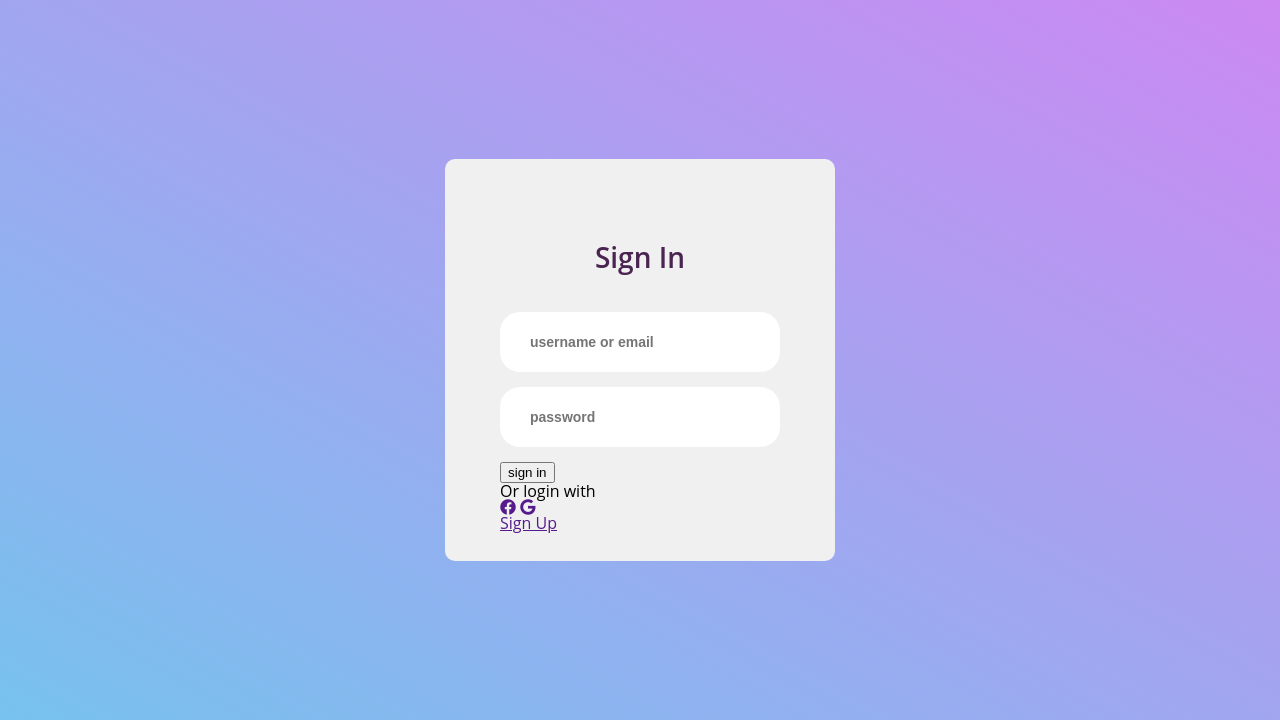
Repository: letrongtinh27/LapTrinhWeb
Page: signin/index.html
These files come from the project's save history. The page is drawn as it stood at one moment and after the next save; the edit follows.
The browser window is 1280 px wide. The pictures show the whole page.

Above is the page before, as saved 2022-10-09 20:59:24.

After the next save:
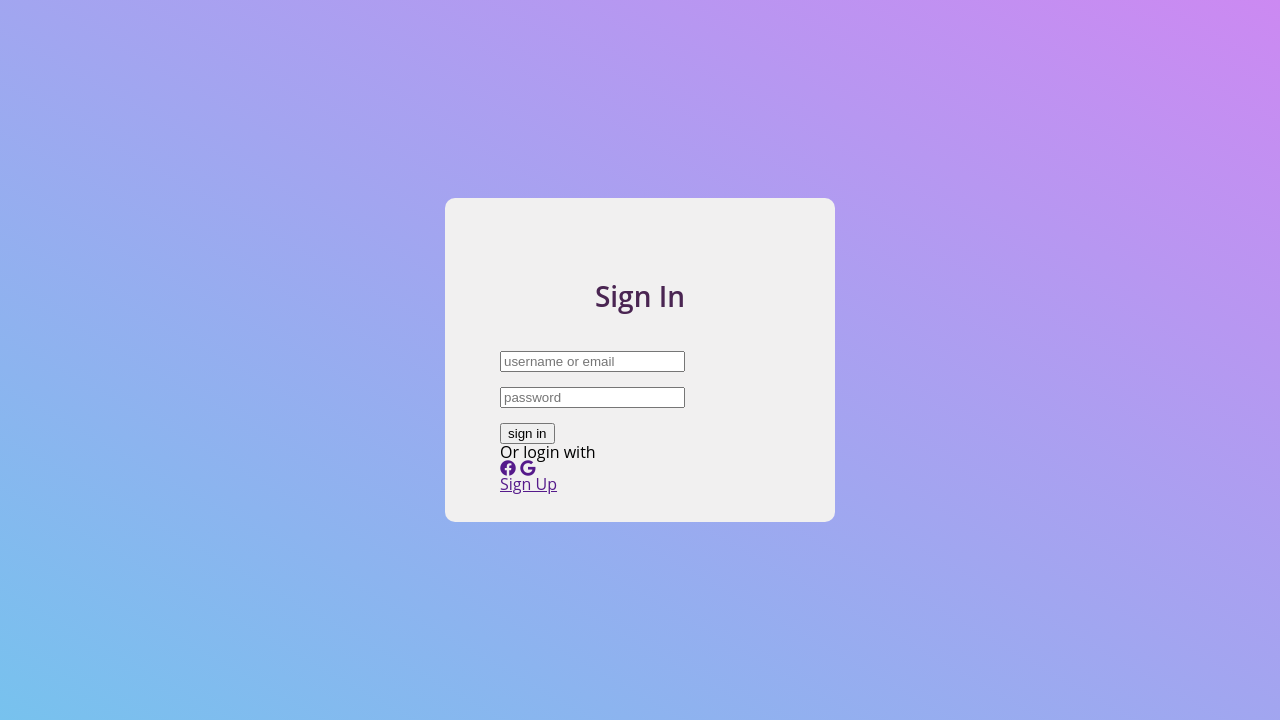
Saved 9 s later.
--- a/signin/style.css
+++ b/signin/style.css
@@ -36,20 +36,19 @@ body {
     padding-bottom: 15px;
 }
 
-.form-item > input{
+.form-item > item{
     border-radius: 20px;
     background-color: #ffffff;
     padding: 0 30px;
     border: 0;
+    color: #4a2552;
     font-weight: 700;
     font-size: 14px;
     height: 60px;
     width: 280px;
 }
 
-input[placeholder] {
-    color: #4a2552;
-}
+
 
 
 .btn-signin{

After the save that followed:
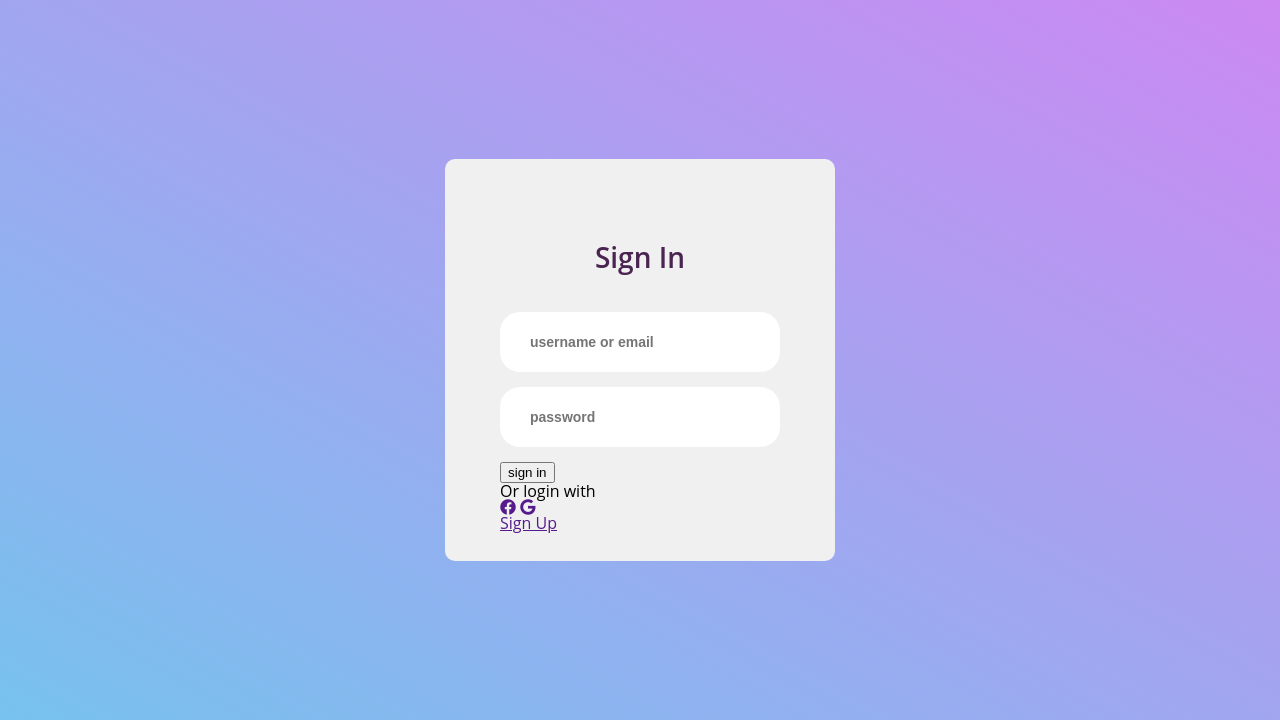
Saved 6 s later.
--- a/signin/style.css
+++ b/signin/style.css
@@ -36,7 +36,7 @@ body {
     padding-bottom: 15px;
 }
 
-.form-item > item{
+.form-item > .item{
     border-radius: 20px;
     background-color: #ffffff;
     padding: 0 30px;
